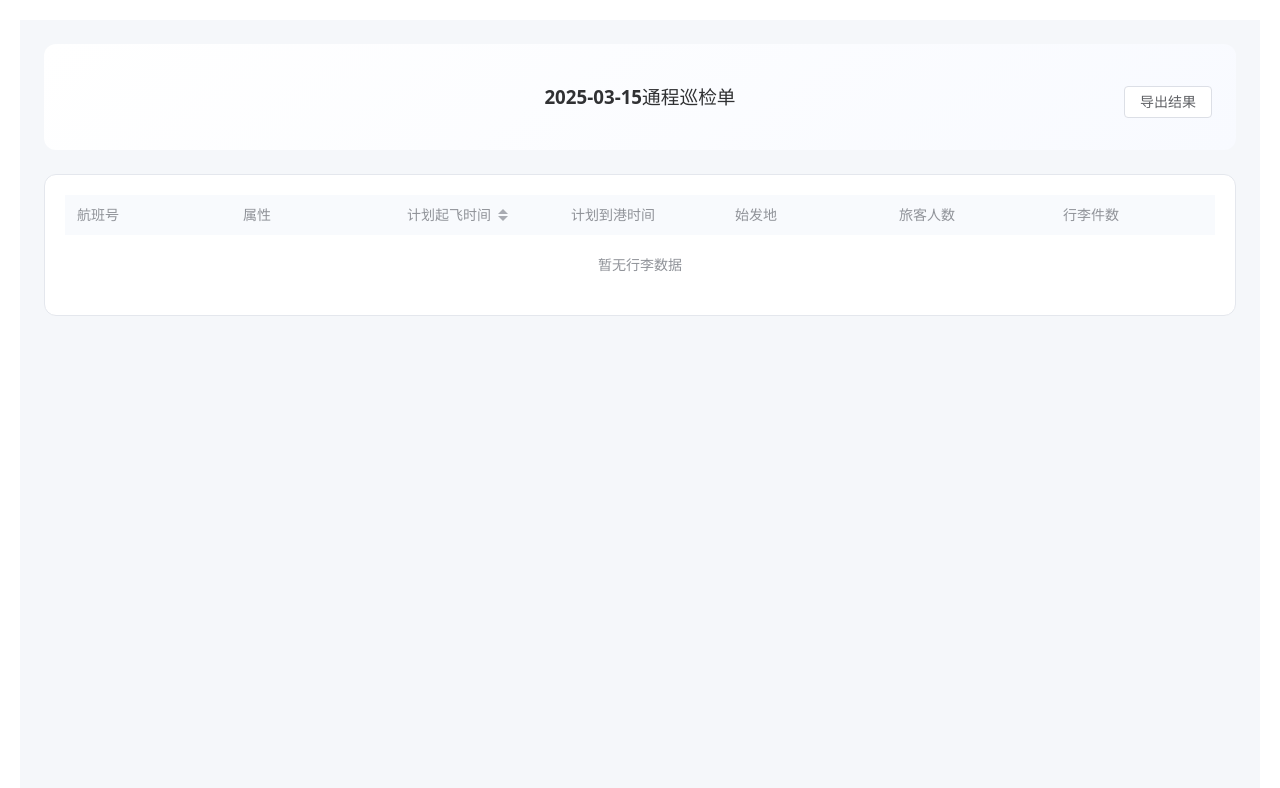
Repository: jhonMacTavish/through-baggage-info-check
Page: / (app in web/)
An editor plug-in stored every save of this project. The page is shown before and after the next save, followed by the edit.
The browser window is 1280 px wide. The pictures show the whole page.
The page's requests for data from a server got no answer. The project was rebuilt for these pictures with package versions that can differ from the ones it lists, and the page was loaded fresh each time. No one was signed in, and anything a server would have sent is missing. Also part of the build but not shown: web/vite.config.js, web/src/components/Header.vue.

Above is the page before, as saved 2025-03-27 14:50:47.

### web/index.html
<!--
 * @Author: john_mactavish 981192661@qq.com
 * @Date: 2025-03-12 09:20:58
 * @LastEditors: john_mactavish 981192661@qq.com
 * @LastEditTime: 2025-03-27 14:43:42
 * @FilePath: \passengerInfoSearch\web\index.html
 * @Description: 这是默认设置,请设置`customMade`, 打开koroFileHeader查看配置 进行设置: https://github.com/OBKoro1/koro1FileHeader/wiki/%E9%85%8D%E7%BD%AE
-->
<!doctype html>
<html lang="en">
  <head>
    <meta charset="UTF-8" />
    <link rel="icon" type="image/svg+xml" href="/vite.svg" />
    <meta name="viewport" content="width=device-width, initial-scale=1.0" />
    <title>通程行李信息查询</title>
  </head>
  <body>
    <div id="app"></div>
    <script type="module" src="/src/main.js"></script>
  </body>
</html>

### web/src/main.js
/*
 * @Author: john_mactavish 981192661@qq.com
 * @Date: 2025-03-12 09:20:58
 * @LastEditors: john_mactavish 981192661@qq.com
 * @LastEditTime: 2025-03-12 09:31:55
 * @FilePath: \passengerInfoSearch\web\src\main.js
 * @Description: 这是默认设置,请设置`customMade`, 打开koroFileHeader查看配置 进行设置: https://github.com/OBKoro1/koro1FileHeader/wiki/%E9%85%8D%E7%BD%AE
 */
import { createApp } from 'vue'
import './style.css'
import ElementPlus from 'element-plus'
import 'element-plus/dist/index.css'
import App from './App.vue'

createApp(App).use(ElementPlus).mount('#app')

### web/src/style.css
:root {
  font-family: system-ui, Avenir, Helvetica, Arial, sans-serif;
  line-height: 1.5;
  font-weight: 400;

  color-scheme: light dark;
  color: rgba(255, 255, 255, 0.87);
  background-color: #242424;

  font-synthesis: none;
  text-rendering: optimizeLegibility;
  -webkit-font-smoothing: antialiased;
  -moz-osx-font-smoothing: grayscale;
}

a {
  font-weight: 500;
  color: #646cff;
  text-decoration: inherit;
}
a:hover {
  color: #535bf2;
}

body {
  margin: 0;
  display: flex;
  place-items: center;
  min-width: 320px;
  min-height: 100vh;
}

h1 {
  font-size: 3.2em;
  line-height: 1.1;
}

button {
  border-radius: 8px;
  border: 1px solid transparent;
  padding: 0.6em 1.2em;
  font-size: 1em;
  font-weight: 500;
  font-family: inherit;
  background-color: #1a1a1a;
  cursor: pointer;
  transition: border-color 0.25s;
}
button:hover {
  border-color: #646cff;
}
button:focus,
button:focus-visible {
  outline: 4px auto -webkit-focus-ring-color;
}

.card {
  padding: 2em;
}

#app {
  box-sizing: border-box;
  width: 100vw;
  height: 100vh;
  margin: 0 auto;
  padding: 20px;
  /* text-align: center; */
}

@media (prefers-color-scheme: light) {
  :root {
    color: #213547;
    background-color: #ffffff;
  }
  a:hover {
    color: #747bff;
  }
  button {
    background-color: #f9f9f9;
  }
}

### web/src/App.vue
<!--
 * @Author: john_mactavish 981192661@qq.com
 * @Date: 2025-03-12 09:20:58
 * @LastEditors: john_mactavish 981192661@qq.com
 * @LastEditTime: 2025-03-27 14:50:11
 * @FilePath: \passengerInfoSearch\web\src\App.vue
-->
<script setup>
import { onMounted, ref } from 'vue'
import { ElMessage } from 'element-plus'
import Header from './components/Header.vue'
import axios from 'axios'
import { dayjs } from 'element-plus'

const tableData = ref([])
const loading = ref(false)
const date = dayjs().format('YYYY-MM-DD')

const getData = async () => {
  try {
    const { data } = await axios.get("/api/queryThroughBaggageInfo", {
      params: {}
    });

    if (data.data.length == 0) {
      ElMessage.warning(`没有通程行李信息`)
    } else {
      tableData.value = data.data.map(item => ({
        ...item,
        计划起飞时间: dayjs(item.计划起飞时间).format('YYYY-MM-DD HH:mm:ss'),
        计划到港时间: dayjs(item.计划到港时间).format('YYYY-MM-DD HH:mm:ss')
      }))
    }
  } catch (error) {
    console.log(error);
    ElMessage.error(`通程行李信息获取失败: ${error.message}`)
  }
}

onMounted(() => {
  getData();
})

</script>

<template>
  <div class="container">
    <el-container>
      <!-- 头部区域 -->
      <el-header class="header-wrapper">
        <el-card shadow="hover" class="header-card">
          <!-- <Header @emitSearch="queryPassenger" @emitReset="reset" /> -->
          <h3 class="hader-title">{{ date }}通程巡检单</h3>
          <el-button class="btn-seal" @click="exportExcel">导出结果</el-button>
        </el-card>
      </el-header>

      <!-- 主内容区域 -->
      <el-main class="main-wrapper">
        <!-- 乘客信息卡片 -->
        <el-card shadow="hover" class="table-card">
          <el-skeleton :loading="loading" :rows="6" animated>
            <el-table id="educe-table" :data="tableData" stripe highlight-current-row empty-text="暂无行李数据">
              <el-table-column prop="航班号" label="航班号" />
              <el-table-column prop="属性" label="属性" />
              <el-table-column prop="计划起飞时间" label="计划起飞时间" sortable />
              <el-table-column prop="计划到港时间" label="计划到港时间" />
              <el-table-column prop="始发地" label="始发地" />
              <el-table-column prop="旅客人数" label="旅客人数" />
              <el-table-column prop="行李件数" label="行李件数" />
            </el-table>
          </el-skeleton>
        </el-card>
      </el-main>
    </el-container>
  </div>
</template>

<style scoped lang="scss">
.container {
  max-width: 1440px;
  margin: 0 auto;
  padding: 24px;
  background: #f5f7fa;
  min-height: 100vh;
}

.header-wrapper {
  height: auto;
  padding: 0;
  margin-bottom: 24px;

  .header-card {
    position: relative;
    border-radius: 12px;
    background: linear-gradient(145deg, #ffffff 0%, #f8faff 100%);
    border: none;

    .hader-title {
      text-align: center;
    }

    .btn-seal {
      position: absolute;
      right: 24px;
      top: 40%;
    }
  }
}

.main-wrapper {
  padding: 0;

  .table-card {
    border-radius: 12px;
    margin-bottom: 24px;
    transition: box-shadow 0.3s ease;

    &:hover {
      box-shadow: 0 6px 18px rgba(0, 0, 0, 0.08);
    }

    :deep(.el-table) {
      --el-table-border-color: transparent;
      --el-table-header-bg-color: #f8fafd;
    }
  }
}

.custom-divider {
  margin: 32px 0;
  color: #909399;

  .divider-text {
    margin: 0 12px;
    font-size: 14px;
    font-weight: 500;
  }

  .el-icon {
    vertical-align: middle;
  }
}

.name-btn {
  font-weight: 500;
  transition: all 0.2s;

  &:hover {
    transform: translateX(3px);
    color: var(--el-color-primary) !important;
  }
}

.pass-photo {
  // width: 120px;
  // height: 80px;
  border-radius: 6px;
  box-shadow: 0 2px 8px rgba(0, 0, 0, 0.1);
  transition: transform 0.3s;

  &:hover {
    transform: scale(1.03);
    cursor: zoom-in;
  }
}

.image-error {
  @apply flex flex-col items-center justify-center h-full text-gray-400;

  .el-icon {
    font-size: 24px;
    margin-bottom: 8px;
  }
}
</style>

After the next save:
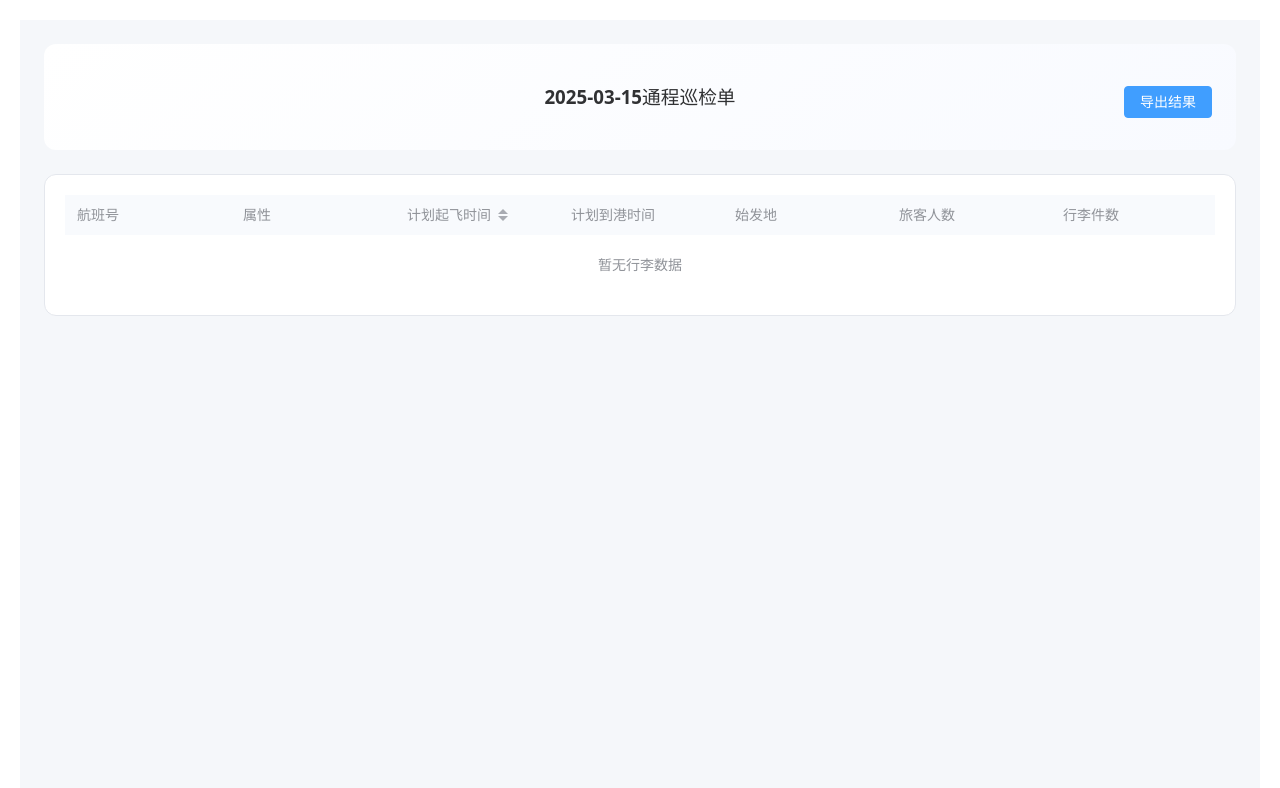
Saved 17 s later.
--- a/web/src/App.vue
+++ b/web/src/App.vue
@@ -51,7 +51,7 @@ onMounted(() => {
         <el-card shadow="hover" class="header-card">
           <!-- <Header @emitSearch="queryPassenger" @emitReset="reset" /> -->
           <h3 class="hader-title">{{ date }}通程巡检单</h3>
-          <el-button class="btn-seal" @click="exportExcel">导出结果</el-button>
+          <el-button type="primary" class="btn-seal" @click="exportExcel">导出结果</el-button>
         </el-card>
       </el-header>
 
